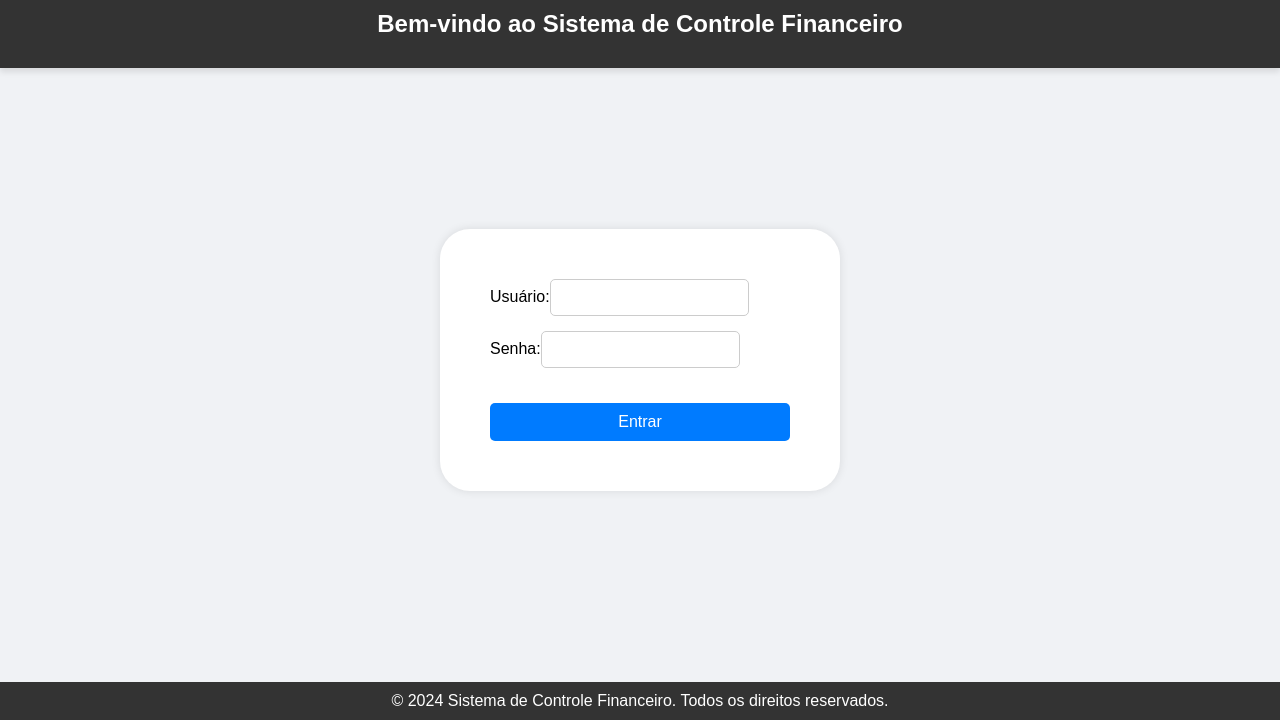
Repository: LucasMontalvao1/ProjetoMaxima
Page: / (app in AngularMaxima/)
An editor plug-in stored every save of this project. The page is shown before and after the next save, followed by the edit.
The browser window is 1280 px wide. The pictures show the whole page.
The project was rebuilt for these pictures with package versions that can differ from the ones it lists, and the page was loaded fresh each time. Also part of the build but not shown: AngularMaxima/angular.json, AngularMaxima/src/app/pages/home/home.component.ts.

Above is the page before, as saved 2024-07-14 18:06:36.

After the next save:
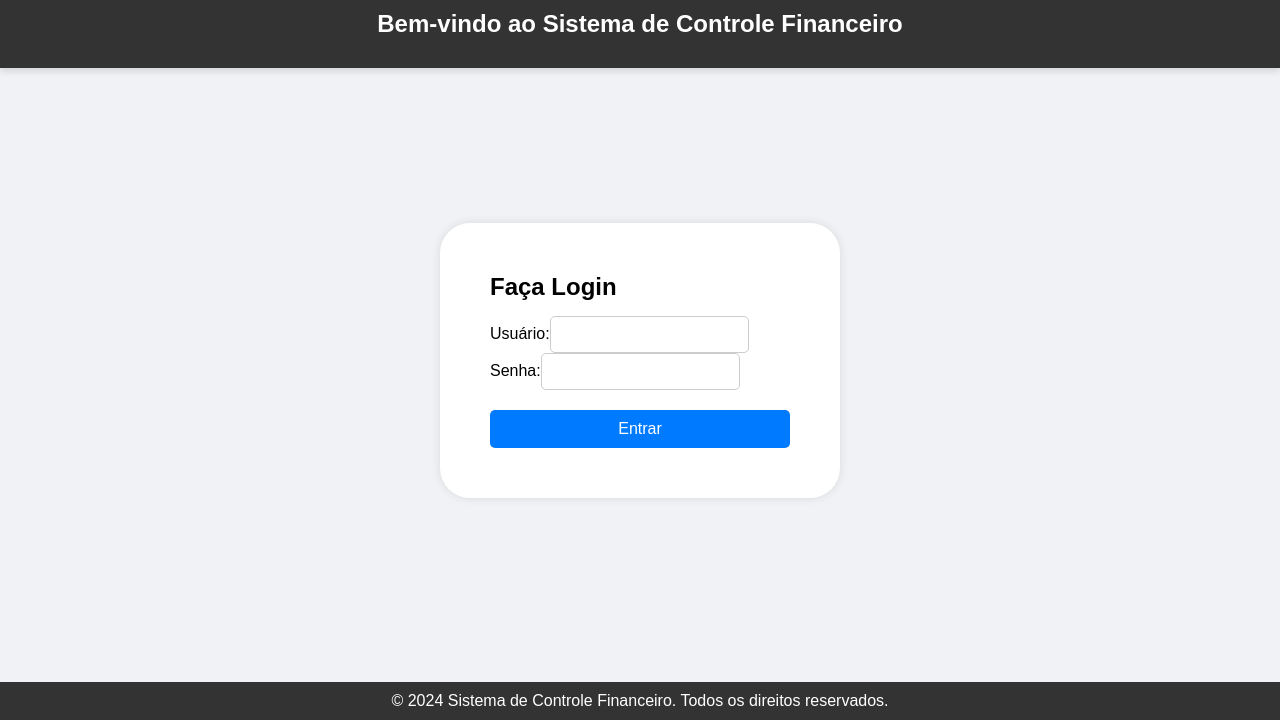
Saved 5 min 48 s later.
--- a/AngularMaxima/src/app/pages/login/login.component.html
+++ b/AngularMaxima/src/app/pages/login/login.component.html
@@ -4,20 +4,23 @@
   </header>
 
   <div class="main-content">
-    <form class="login-form form-login" [formGroup]="loginForm" (ngSubmit)="onSubmit()">
-      <div class="form-group">
-        <label for="username">Usuário:</label>
-        <input type="text" id="username" formControlName="username">
-      </div>
+    <div class="login-form">
+      <h2 class="form-title">Faça Login</h2>
+      <form class="form-login" [formGroup]="loginForm" (ngSubmit)="onSubmit()">
+        <div class="form-group">
+          <label for="username">Usuário:</label>
+          <input type="text" id="username" formControlName="username">
+        </div>
 
-      <div class="form-group">
-        <label for="password">Senha:</label>
-        <input type="password" id="password" formControlName="password">
-      </div>
+        <div class="form-group">
+          <label for="password">Senha:</label>
+          <input type="password" id="password" formControlName="password">
+        </div>
 
-      <button type="submit">Entrar</button>
-      <div class="error-message" *ngIf="errorMessage">{{ errorMessage }}</div>
-    </form>
+        <button type="submit">Entrar</button>
+        <div class="error-message" *ngIf="errorMessage">{{ errorMessage }}</div>
+      </form>
+    </div>
   </div>
 
   <footer class="footer">
